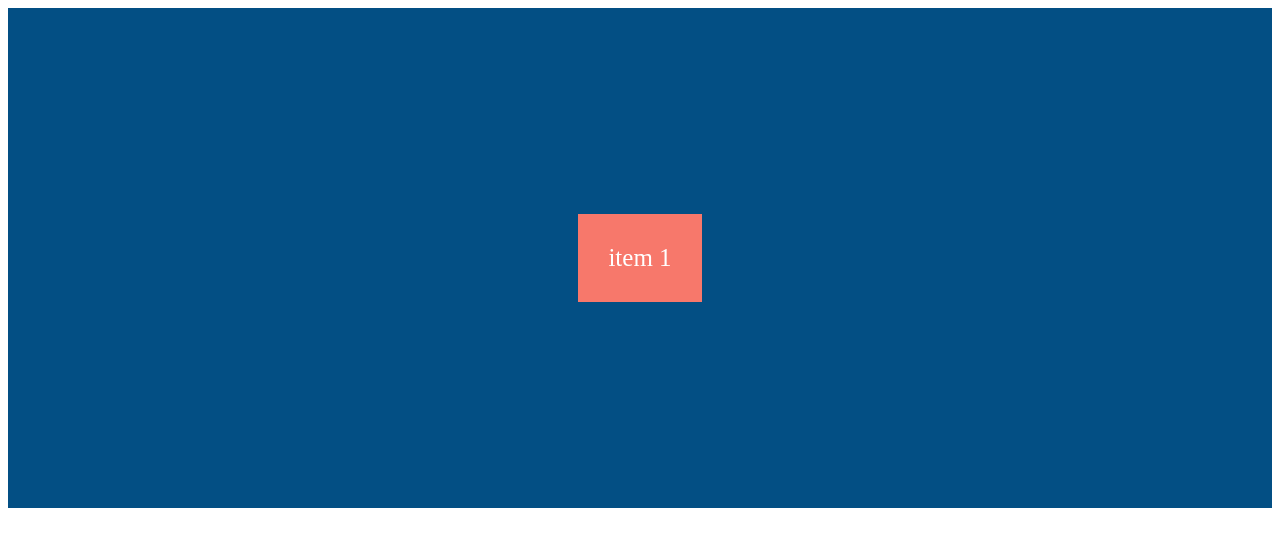
Repository: mehmetbuber38/flex
Page: flex-margin.html
The author's editor kept a copy of each file at every save. The page is drawn from the files as they stood at one save, then again after the next save.
The browser window is 1280 px wide. The pictures show the whole page.

Above is the page before, as saved 2022-01-31 21:31:54.

### flex-margin.html
<!DOCTYPE html>
<html lang="en">

<head>
    <meta charset="UTF-8">
    <meta http-equiv="X-UA-Compatible" content="IE=edge">
    <meta name="viewport" content="width=device-width, initial-scale=1.0">
    <title>Flex Container</title>
</head>
<style>
    .container {
        display: flex;

        height: 500px;
        background-color: #034f84;
        align-items: center;
        justify-content: center;
        /* margin: auto; */
        /* margin-top: auto; */
        margin-bottom: auto;

    }

    .item {
        background-color: #f7786b;
        padding: 30px;
        margin: 20px;
        color: #fff;
        font-size: 25px;
    }
</style>

<body>
    <div class="container">
        <div class="item item-1">item 1</div>
        <!-- <div class="item item-2">item 2</div> -->


    </div>

</body>

</html>

After the next save:
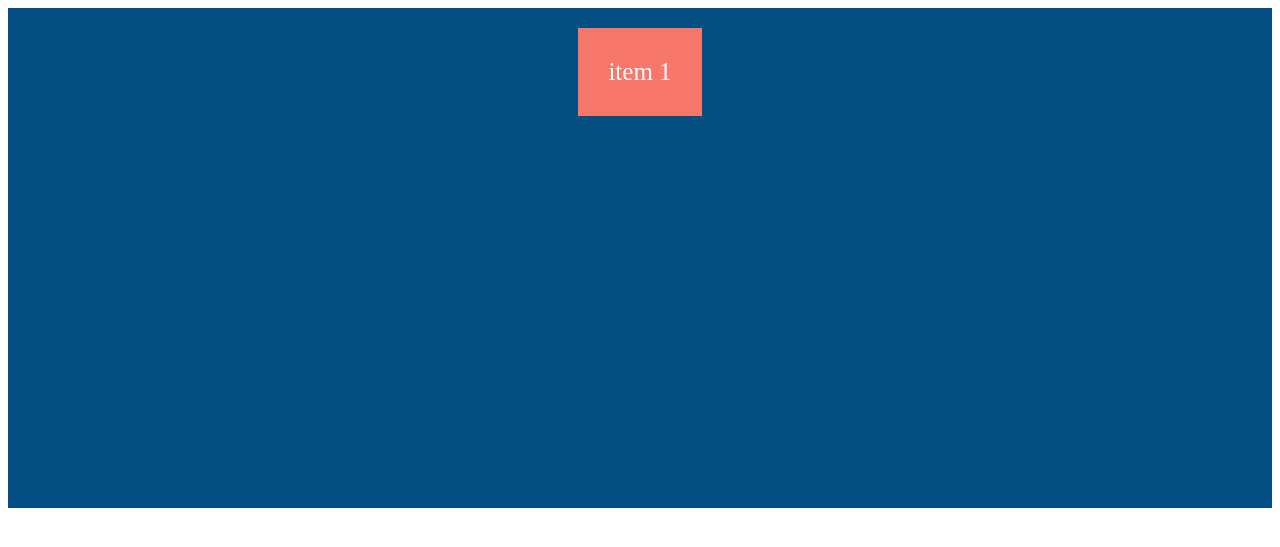
Saved 26 s later.
--- a/flex-margin.html
+++ b/flex-margin.html
@@ -15,9 +15,7 @@
         background-color: #034f84;
         align-items: center;
         justify-content: center;
-        /* margin: auto; */
-        /* margin-top: auto; */
-        margin-bottom: auto;
+
 
     }
 
@@ -27,6 +25,9 @@
         margin: 20px;
         color: #fff;
         font-size: 25px;
+        /* margin: auto; */
+        /* margin-top: auto; */
+        margin-bottom: auto;
     }
 </style>
 
